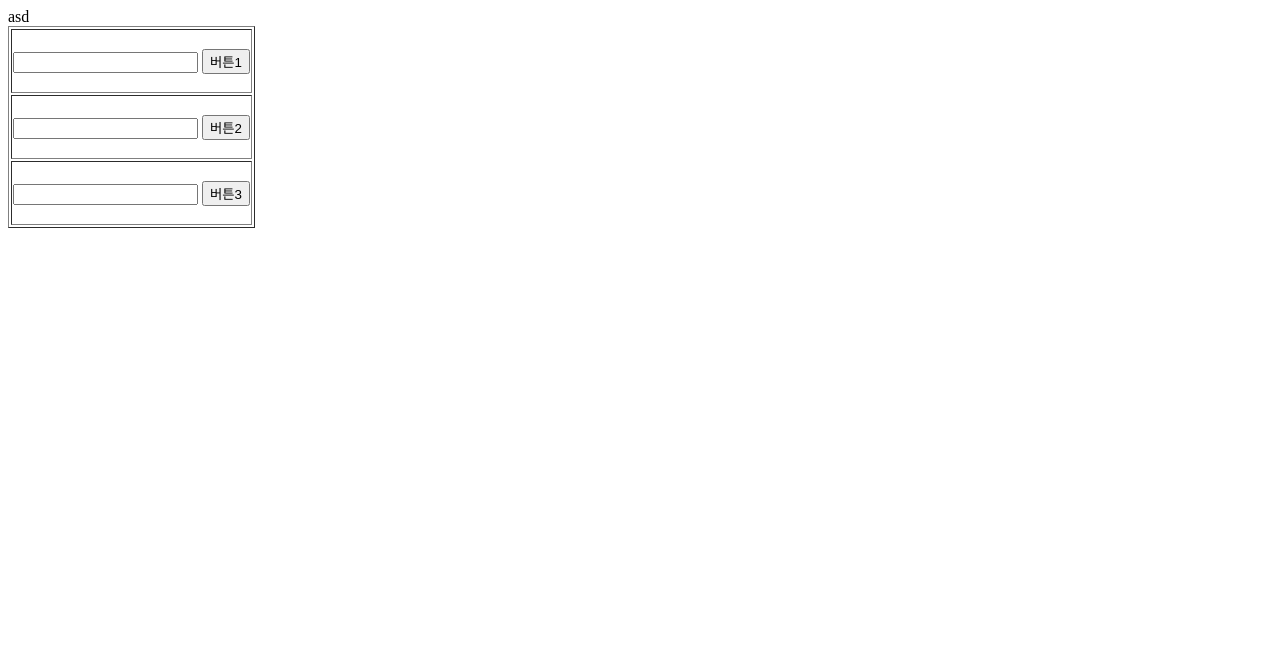
Repository: jojojojoya/programming
Page: dbworkspace/17_JQuery_/src/main/webapp/j6_Object_select.html
An editor plug-in stored every save of this project. The page is shown before and after the next save, followed by the edit.
The browser window is 1280 px wide. The pictures show the whole page.

Above is the page before, as saved 2025-01-07 00:49:58.

### dbworkspace/17_JQuery_/src/main/webapp/j6_Object_select.html
<!DOCTYPE html>
<html>
<head>
<meta charset="UTF-8">
<title>Insert title here</title>
<script src="https://code.jquery.com/jquery-3.7.1.js"
integrity="sha256-eKhayi8LEQwp4NKxN+CfCh+3qOVUtJn3QNZ0TciWLP4=" crossorigin="anonymous"></script>
<script type="text/javascript">
alert(11)


</script>
</script>

</head>
<body>
asd


<table border="1">
	<tr>
		<td height="60px">
			<input> <button> 버튼1 </button>
		</td>
	</tr>
	<tr>
		<td height="60px">
			<input> <button> 버튼2 </button>
		</td>
	</tr>
	<tr>
		<td height="60px">
			<input> <button> 버튼3 </button>
		</td>
	</tr>

</table>
</body>
</html>

After the next save:
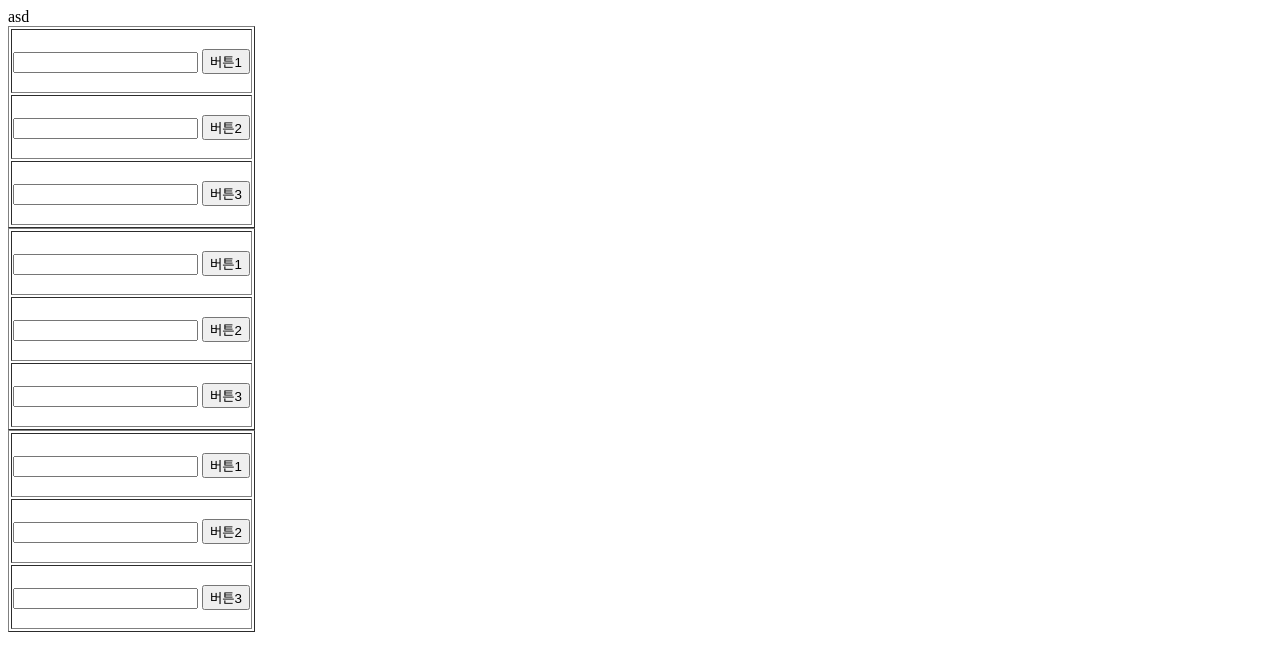
Saved 25 s later.
--- a/dbworkspace/17_JQuery_/src/main/webapp/j6_Object_select.html
+++ b/dbworkspace/17_JQuery_/src/main/webapp/j6_Object_select.html
@@ -35,5 +35,46 @@ asd
 	</tr>
 
 </table>
+
+<table border="1">
+	<tr>
+		<td height="60px">
+			<input> <button> 버튼1 </button>
+		</td>
+	</tr>
+	<tr>
+		<td height="60px">
+			<input> <button> 버튼2 </button>
+		</td>
+	</tr>
+	<tr>
+		<td height="60px">
+			<input> <button> 버튼3 </button>
+		</td>
+	</tr>
+
+</table>
+
+
+<table border="1">
+	<tr>
+		<td height="60px">
+			<input> <button> 버튼1 </button>
+		</td>
+	</tr>
+	<tr>
+		<td height="60px">
+			<input> <button> 버튼2 </button>
+		</td>
+	</tr>
+	<tr>
+		<td height="60px">
+			<input> <button> 버튼3 </button>
+		</td>
+	</tr>
+
+</table>
+
+
 </body>
 </html>
